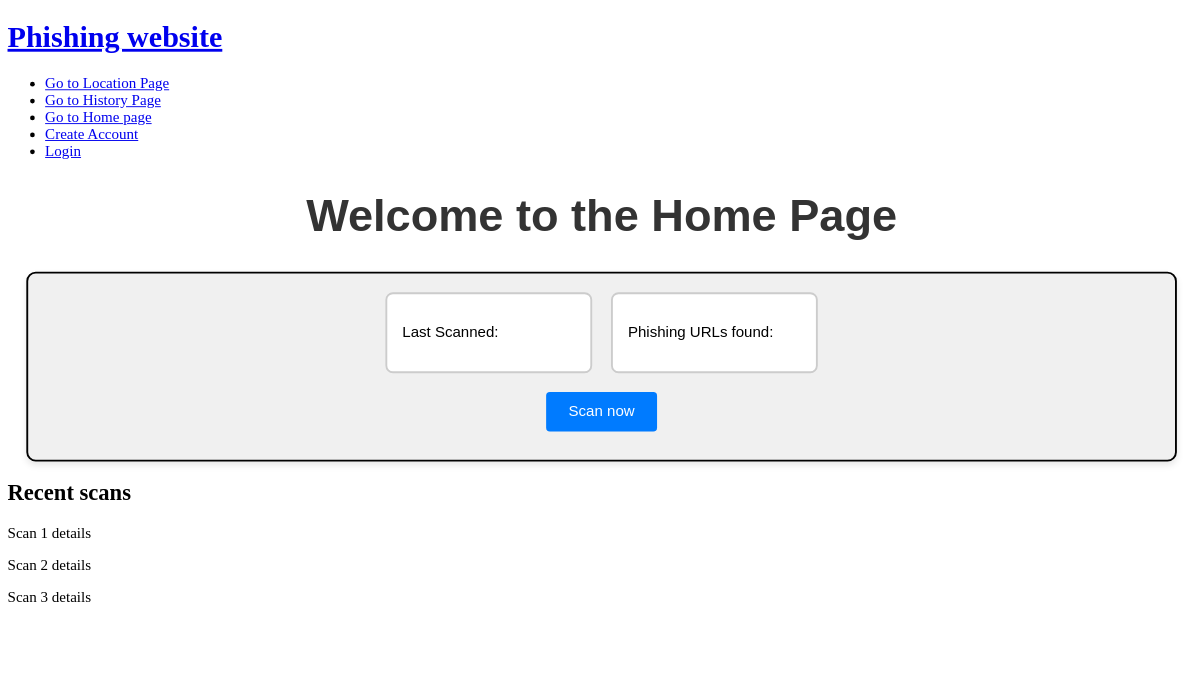
Repository: 2305199/Final-year-project
Page: / (app in frontend/)
These files come from the project's save history. The page is drawn as it stood at one moment and after the next save; the edit follows.
The browser window is 1280 px wide. The pictures show the whole page, at 94% of full size.
The project was rebuilt for these pictures with package versions that can differ from the ones it lists, and the page was loaded fresh each time. Also part of the build but not shown: frontend/vite.config.js, frontend/src/Location/Location.jsx, frontend/src/History/History.jsx, frontend/src/User/CreateAccount.jsx, frontend/src/User/Login.jsx.

Above is the page before, as saved 2026-01-29 01:22:17.

After the next save:
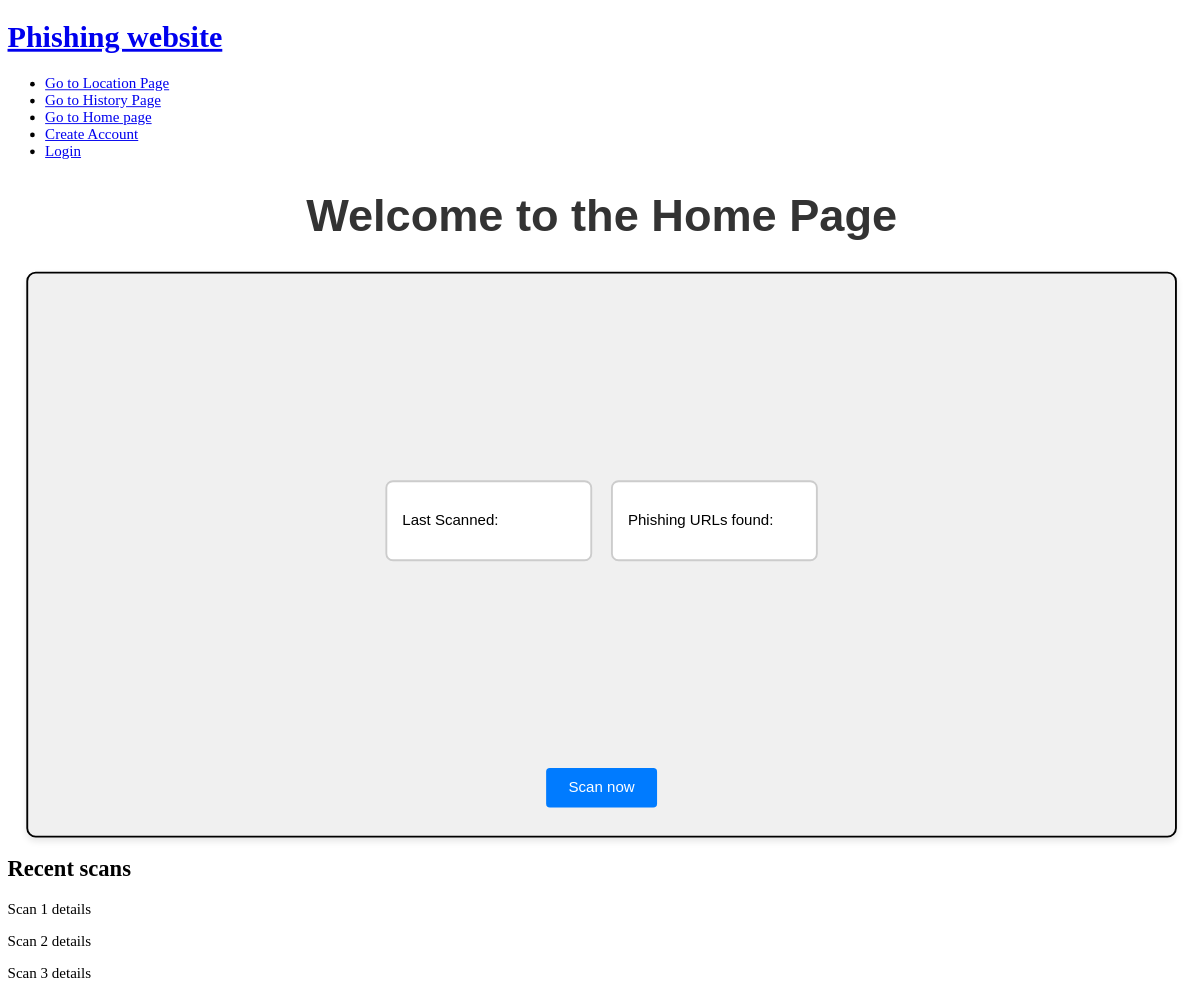
Saved 54 s later.
--- a/frontend/src/Home/Home.module.css
+++ b/frontend/src/Home/Home.module.css
@@ -55,6 +55,7 @@
 .topRow {
   display: flex;
   flex-direction: row; /* side by side */
+  margin: 200px;
   gap: 20px;
   align-items: center;
 }

After the save that followed:
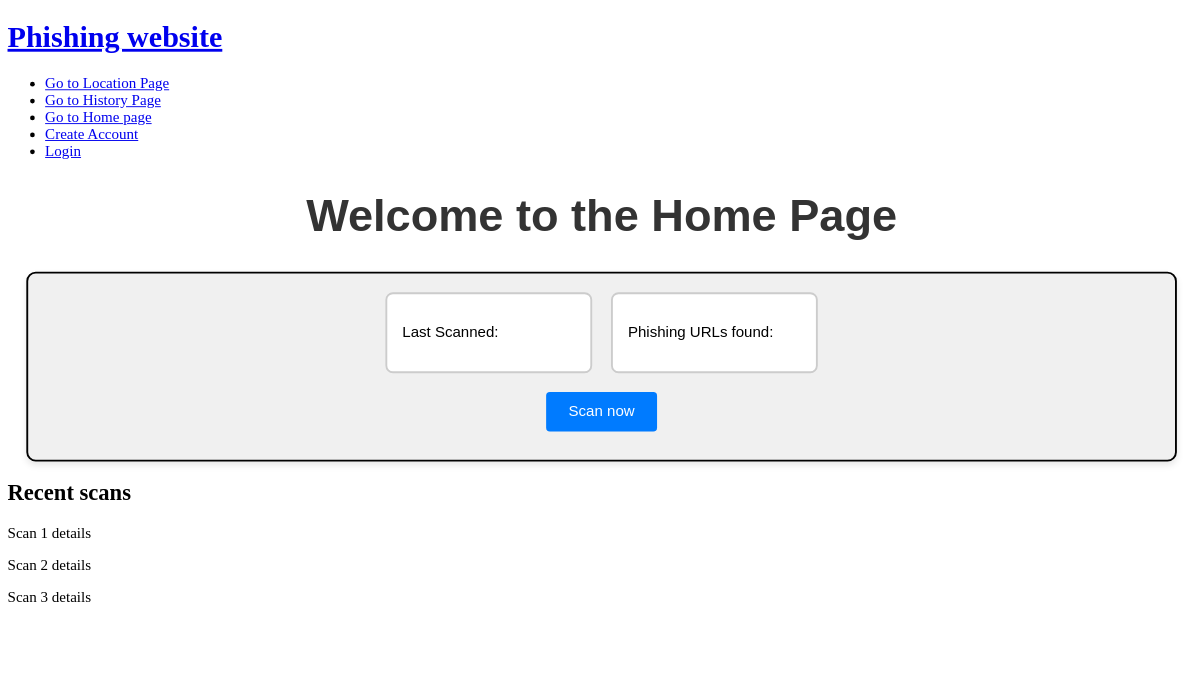
Saved 9 s later.
--- a/frontend/src/Home/Home.module.css
+++ b/frontend/src/Home/Home.module.css
@@ -55,7 +55,6 @@
 .topRow {
   display: flex;
   flex-direction: row; /* side by side */
-  margin: 200px;
   gap: 20px;
   align-items: center;
 }
